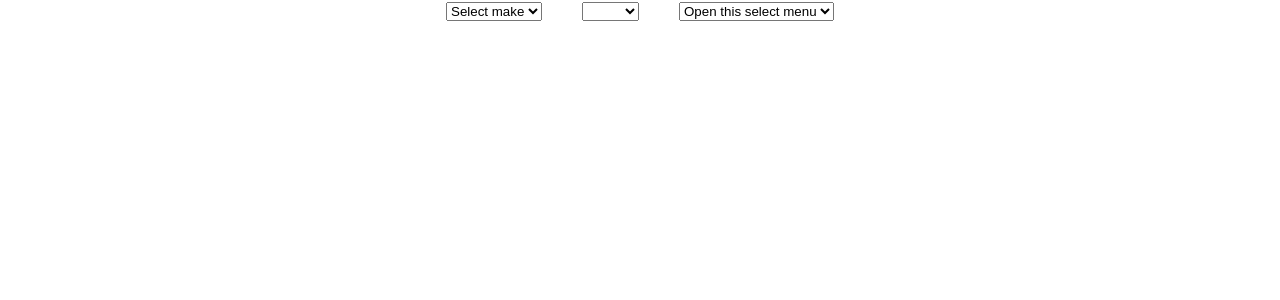
Repository: olahbold/greendoor_project
Page: /
An editor plug-in stored every save of this project. The page is shown before and after a run of saves, followed by the edit.
The browser window is 1280 px wide. The pictures show the whole page.
The project was rebuilt for these pictures with package versions that can differ from the ones it lists, and the page was loaded fresh each time.

Above is the page before, as saved 2023-06-21 14:01:18.

### src/App.js

import "./App.css";
import Multipart from "./components/Multipart";

function App() {
  return <div className="App">
    <Multipart/>
  </div>;
}

export default App;

### src/components/Multipart.js
import React from "react";
import { Form } from "react-bootstrap";
export default function Multipart() {
  return (
    <div
      style={{
        display: "flex",
        flexDirection: "row",
        justifyContent: "center",
        gap: "40px",
      }}
    >
      <div>
        <Form>
          <Form.Select aria-label="Default select example">
            <option>Select make</option>
            <option value="1">Audi</option>
            <option value="2">BMW</option>
            <option value="3">Vauxhal</option>
            <option value="3">Mercedes</option>
            <option value="3">Peugeot</option>
            <option value="3">Renault</option>
          </Form.Select>
        </Form>
      </div>
      <div>
        <Form>
          <Form.Select aria-label="Default select example">
            <option></option>
            <option value="1">One</option>
            <option value="2">Two</option>
            <option value="3">Three</option>
          </Form.Select>
        </Form>
      </div>{" "}
      <div>
        <Form>
          <Form.Select aria-label="Default select example">
            <option>Open this select menu</option>
            <option value="1">One</option>
            <option value="2">Two</option>
            <option value="3">Three</option>
          </Form.Select>
        </Form>
      </div>
    </div>
  );
}

Loaded but not shown: public/index.html (common file); src/index.js (common file); src/index.css (common file); src/reportWebVitals.js (common file); src/App.css (common file)

After the next 3 saves:
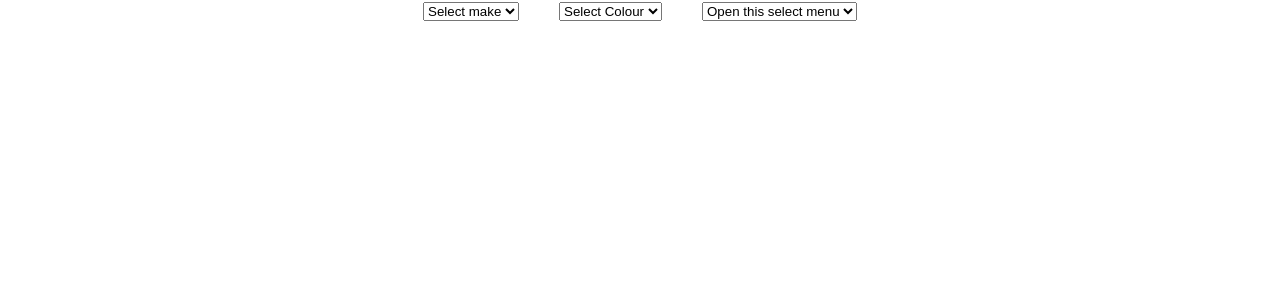
The 3 saves are shown as one change because they came seconds apart.
The last was saved 9 s later.
--- a/src/components/Multipart.js
+++ b/src/components/Multipart.js
@@ -26,8 +26,8 @@ export default function Multipart() {
       <div>
         <Form>
           <Form.Select aria-label="Default select example">
-            <option></option>
-            <option value="1">One</option>
+            <option>Select Colour</option>
+            <option value="1"></option>
             <option value="2">Two</option>
             <option value="3">Three</option>
           </Form.Select>
